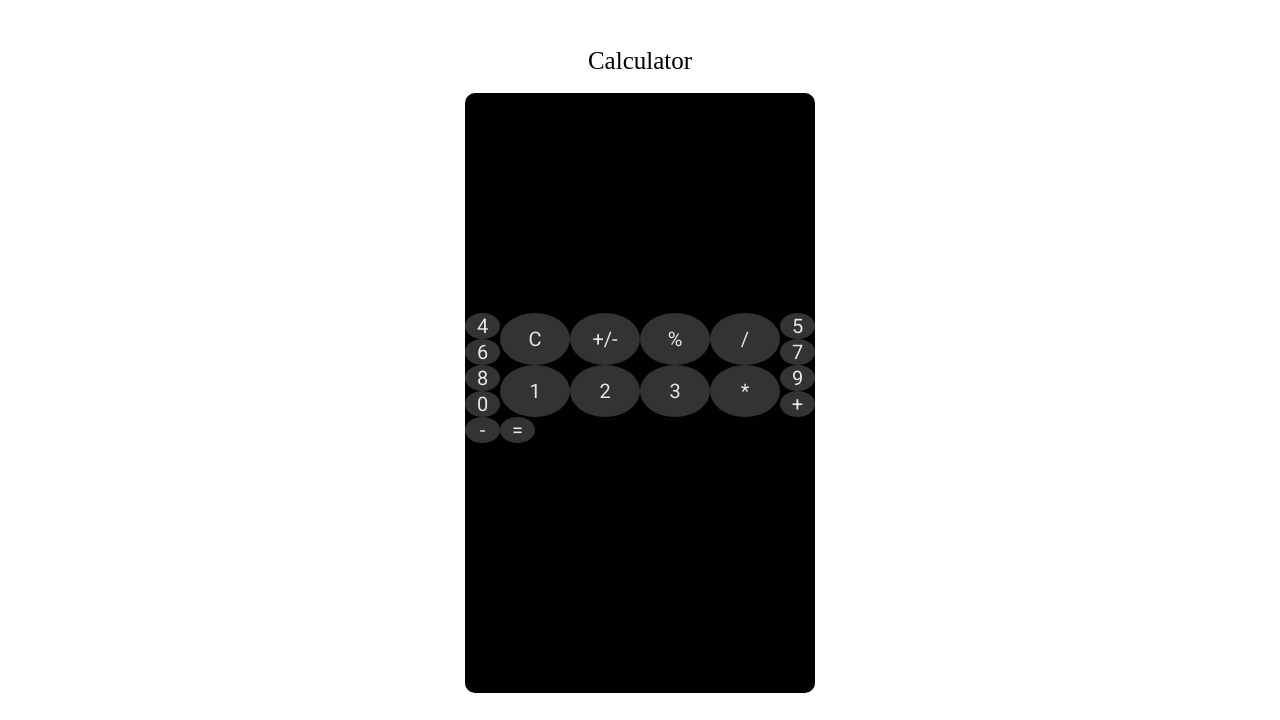
Repository: Gibon9/SimpleCalc
Page: index.html
These files come from the project's save history. The page is drawn as it stood at one moment and after the next save; the edit follows.
The browser window is 1280 px wide. The pictures show the whole page.
Some web fonts or font styles are not loaded; a fallback is used.

Above is the page before, as saved 2020-11-27 19:18:30.

After the next save:
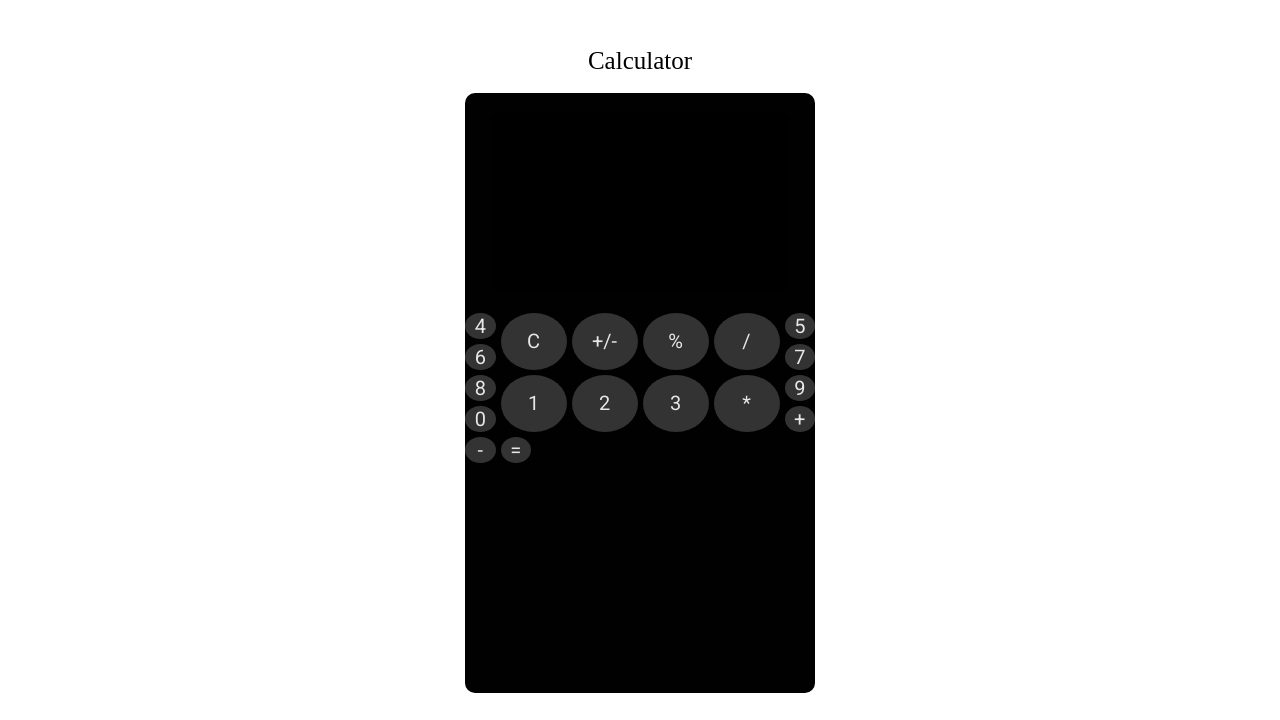
Saved 101 s later.
--- a/style/style.css
+++ b/style/style.css
@@ -53,7 +53,7 @@
   display: grid;
   grid-template-columns: repeat(10, 1fr);
   grid-template-rows: repeat(12, 1fr);
-  column-gap: 5px 5px;
+  gap: 5px 5px;
 }
 
 .calc-button {
